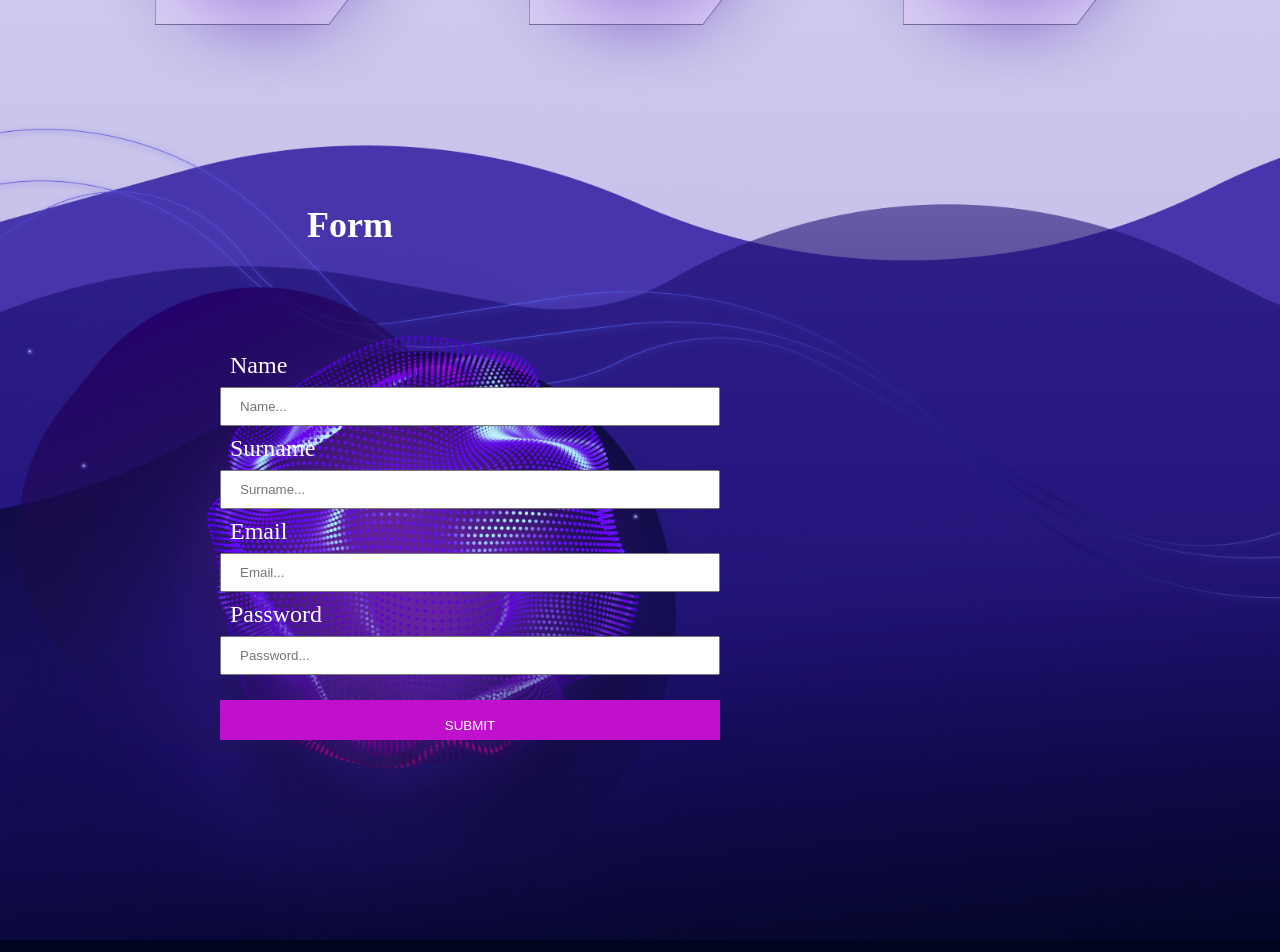
Repository: krmvz/VisionHack
Page: /
An editor plug-in stored every save of this project. The page is shown before and after a run of saves, followed by the edit.
The browser window is 1280 px wide. The pictures show the part of the page from y = 1908 to 2860 px (the page is 2980 px tall).
The project was rebuilt for these pictures with package versions that can differ from the ones it lists, and the page was loaded fresh each time.

Above is the page before, as saved 2024-05-30 12:19:35.

After the next 2 saves:
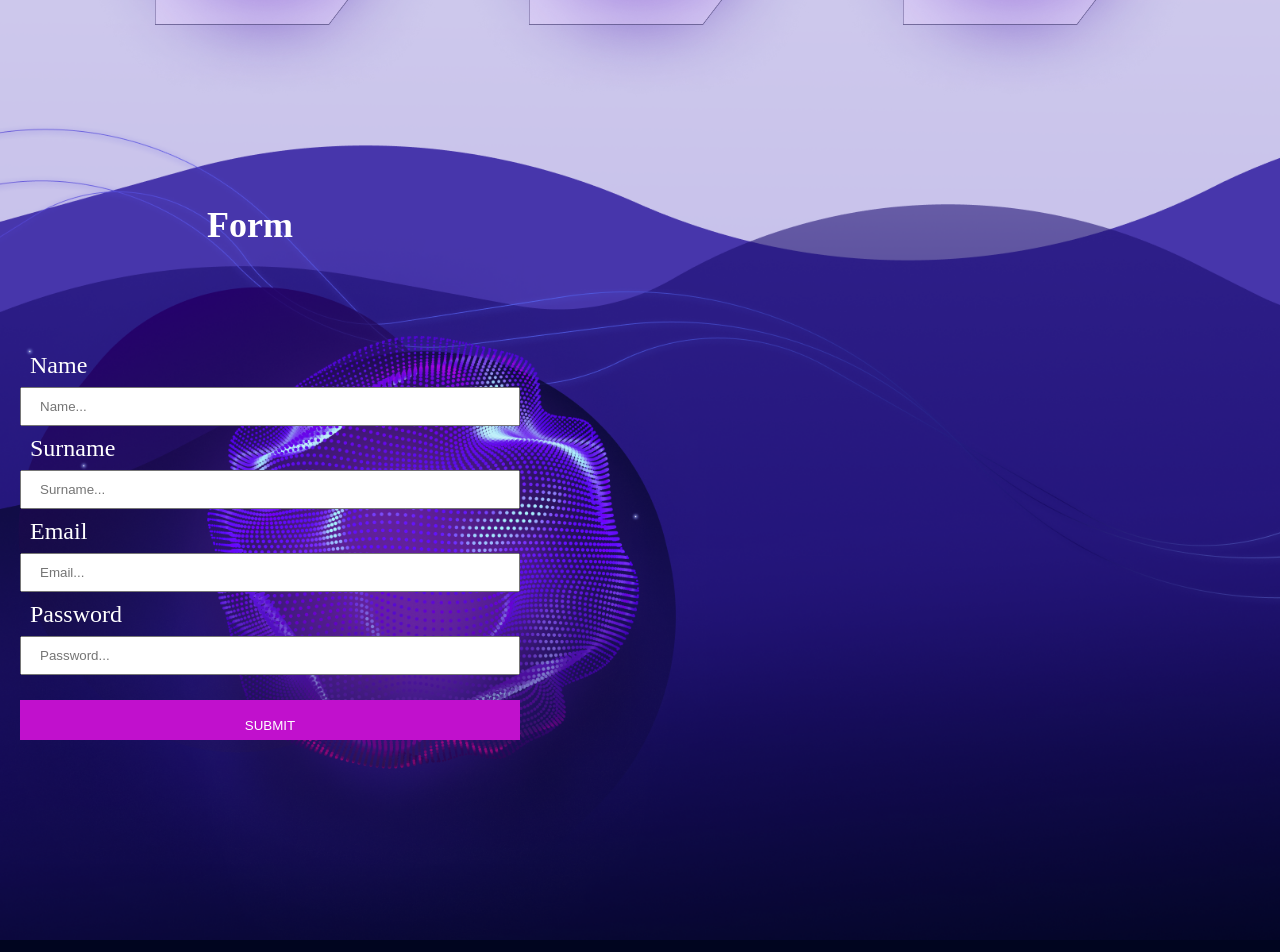
The 2 saves are shown as one change because they came seconds apart.
The last was saved 7 s later.
--- a/src/components/Form/Forms.scss
+++ b/src/components/Form/Forms.scss
@@ -1,5 +1,5 @@
 .forms{
-    margin: 100px ;
+    margin: 100px 0px ;
     width: 500px;
     display: flex;
     flex-direction: column;
